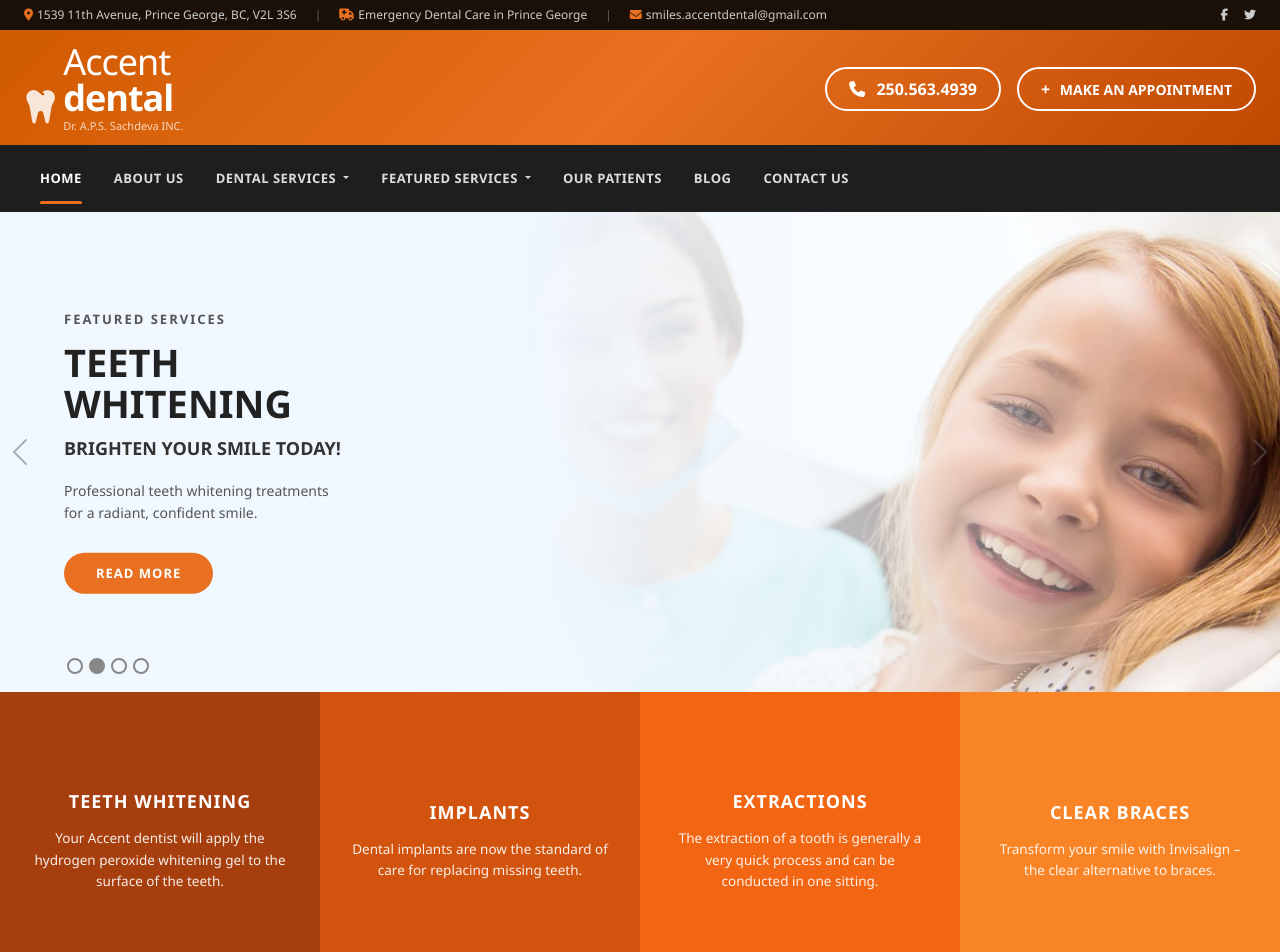
Repository: LaavKush/Dentofy
Page: index.html
The author's editor kept a copy of each file at every save. The page is drawn from the files as they stood at one save, then again after the next save.
The browser window is 1280 px wide. The pictures show the part of the page from y = 0 to 952 px (the page is 2157 px tall).
A picture or video elsewhere on the page could not be fetched, so the positions and the page height are approximate.

Above is the page before, as saved 2026-06-27 22:31:59.

After the next save:
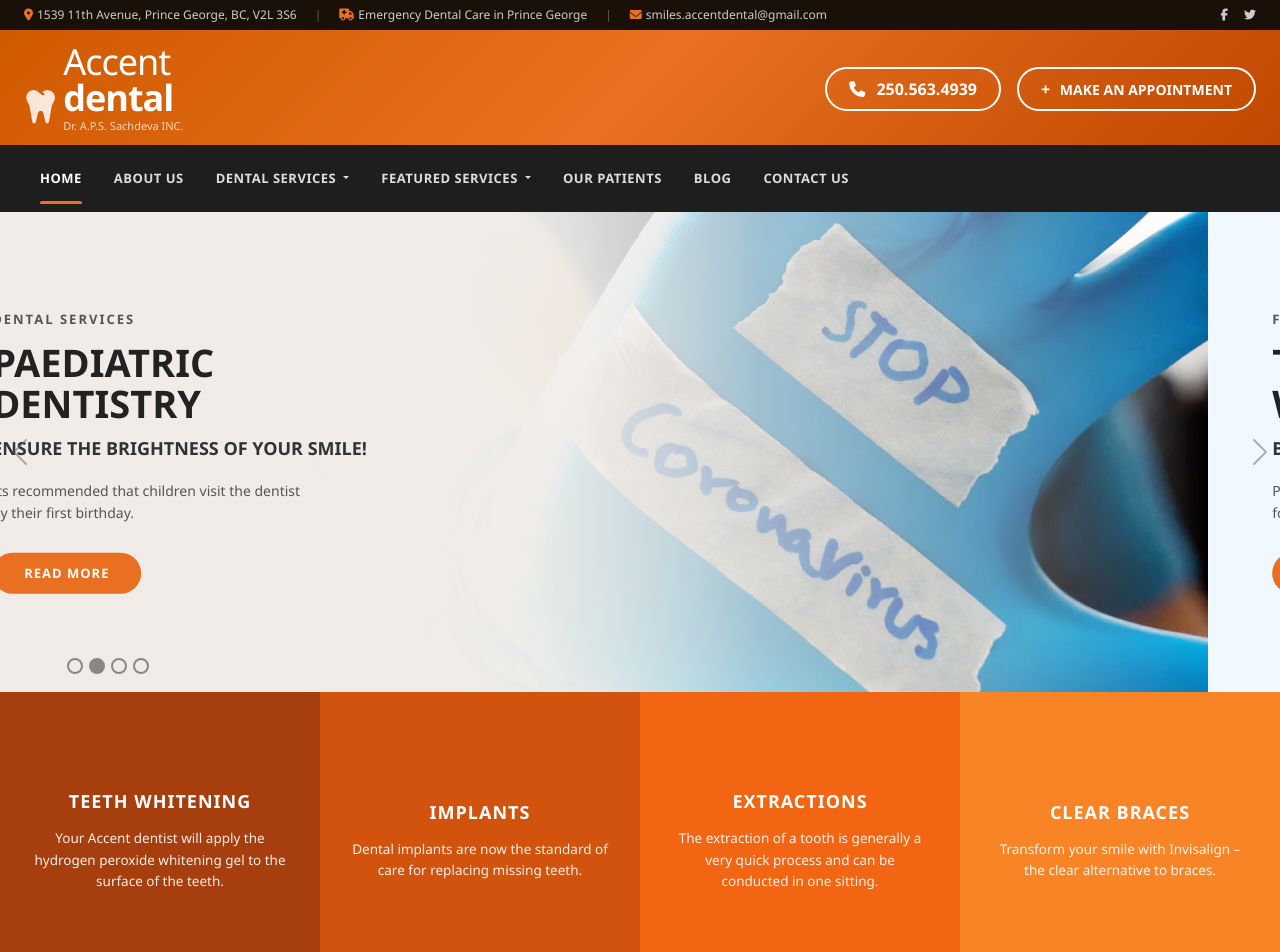
Saved 33 s later.
--- a/index.html
+++ b/index.html
@@ -370,70 +370,6 @@
 
 <script src="https://cdnjs.cloudflare.com/ajax/libs/bootstrap/5.3.2/js/bootstrap.bundle.min.js"></script>
 
-<script>
-document.addEventListener("DOMContentLoaded", function () {
-  const bookingForm = document.getElementById("bookingForm");
-  const scrollTopBtn = document.getElementById("scrollTopBtn");
-  const appointmentSection = document.getElementById("appointmentSection");
-
-  if (bookingForm) {
-    bookingForm.addEventListener("submit", function (e) {
-      e.preventDefault();
-
-      // List of mandatory IDs to inspect
-      const requiredFields = ["userName", "userPhone", "userEmail", "userDate", "userTime"];
-      let formIsValid = true;
-
-      requiredFields.forEach(id => {
-        const inputElement = document.getElementById(id);
-        const wrapperGroup = document.getElementById(`group-${id}`);
-
-        if (!inputElement.value.trim()) {
-          // Field empty: show custom screenshot error state
-          wrapperGroup.classList.add("is-invalid");
-          formIsValid = false;
-        } else {
-          // Field filled: clear error elements
-          wrapperGroup.classList.remove("is-invalid");
-        }
-      });
-
-      if (formIsValid) {
-        alert("Thank you! Your appointment request has been submitted successfully.");
-        bookingForm.reset();
-      }
-    });
-
-    // Clear validation error highlights instantly when user begins typing
-    const inputs = bookingForm.querySelectorAll(".form-control-custom");
-    inputs.forEach(input => {
-      input.addEventListener("input", function () {
-        const wrapperGroup = this.closest(".input-group-custom");
-        if (wrapperGroup) {
-          wrapperGroup.classList.remove("is-invalid");
-        }
-      });
-    });
-  }
-
-  // Scroll to top display tracking logic
-  window.addEventListener("scroll", function () {
-    if (appointmentSection && scrollTopBtn) {
-      const sectionTopOffset = appointmentSection.offsetTop;
-      if (window.scrollY >= (sectionTopOffset - 200)) {
-        scrollTopBtn.style.display = "flex";
-      } else {
-        scrollTopBtn.style.display = "none";
-      }
-    }
-  });
-
-  if (scrollTopBtn) {
-    scrollTopBtn.addEventListener("click", function () {
-      window.scrollTo({ top: 0, behavior: "smooth" });
-    });
-  }
-});
-</script>
+
 </body>
 </html>

After the save that followed:
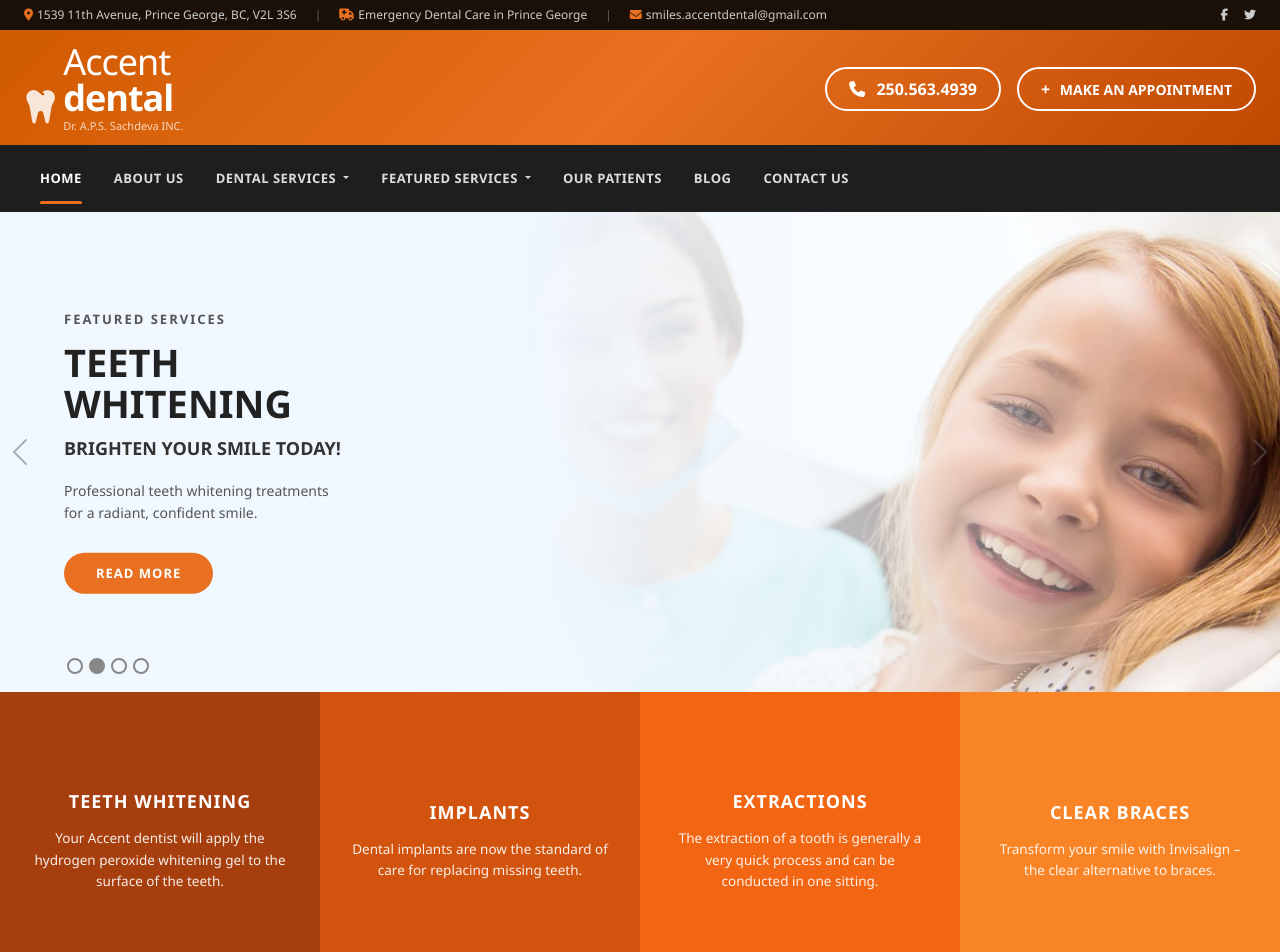
Saved 5 s later.
--- a/index.html
+++ b/index.html
@@ -7,6 +7,7 @@
   <link rel="stylesheet" href="https://cdnjs.cloudflare.com/ajax/libs/bootstrap/5.3.2/css/bootstrap.min.css"/>
   <link rel="stylesheet" href="https://cdnjs.cloudflare.com/ajax/libs/font-awesome/6.5.0/css/all.min.css"/>
   <link rel="stylesheet" href="assets/css/style.css">
+  <script src="script.js" defer></script>
 </head>
 <body>
 
